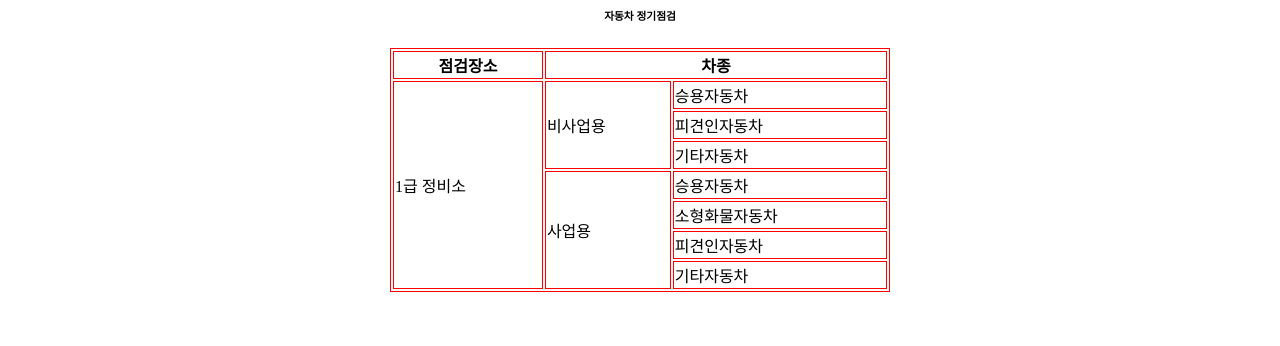
Repository: kisunssong/jsp
Page: http://localhost/test/tabletest.jsp
An editor plug-in stored every save of this project. The page is shown before and after the next save, followed by the edit.
The browser window is 1280 px wide. The pictures show the whole page.
The page is served by Tomcat 9.

Above is the page before, as saved 2020-11-01 12:26:10.

### test/WebContent/tabletest.jsp
<%@ page language="java" contentType="text/html; charset=EUC-KR"
    pageEncoding="EUC-KR"%>
<html>
<head><title>테이블 생성 기초</title></head>
<body>
<div align="center">
<h6>자동차 정기점검</h6>
<table border="1" bordercolor="red" width="500">
	<thead>
		<tr>
			<th bordercolor="red">점검장소</th><th colspan="2" bordercolor="red">차종</th>
		</tr>
	</thead>
	<tbody>
		<tr>
			<td rowspan="7" bordercolor="red">1급 정비소</td>
			<td rowspan="3" bordercolor="red">비사업용</td>
			<td bordercolor="red">승용자동차</td>
		</tr>
		<tr>
			<td bordercolor="red">피견인자동차</td>
		</tr>
		<tr>
			<td bordercolor="red">기타자동차</td>
		</tr>
		<tr>
			<td rowspan="4" bordercolor="red">사업용</td>
			<td bordercolor="red">승용자동차</td>
		</tr>
		<tr>
			<td bordercolor="red">소형화물자동차</td>
		</tr>
		<tr>
			<td bordercolor="red">피견인자동차</td>
		</tr>
		<tr>
			<td bordercolor="red">기타자동차</td>
		</tr>
	</tbody>
</table>
</div>
</body>
</html>

After the next save:
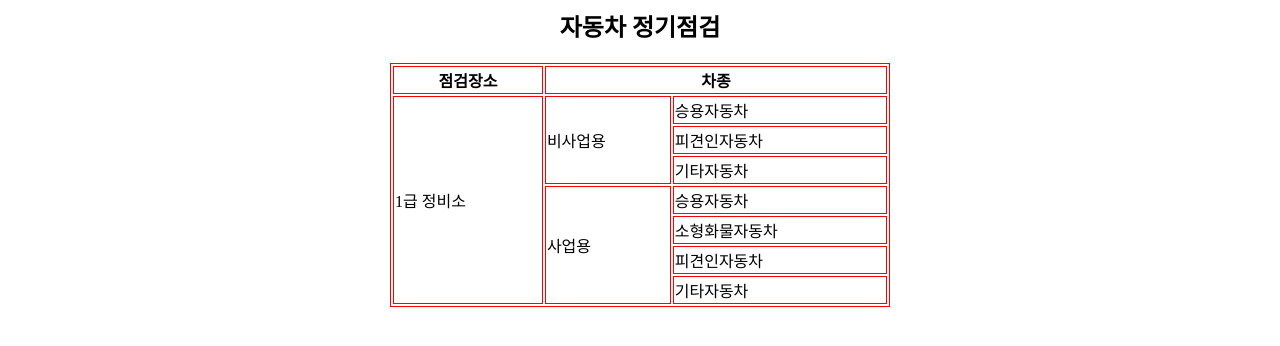
Saved 9 s later.
--- a/test/WebContent/tabletest.jsp
+++ b/test/WebContent/tabletest.jsp
@@ -4,7 +4,7 @@
 <head><title>테이블 생성 기초</title></head>
 <body>
 <div align="center">
-<h6>자동차 정기점검</h6>
+<h2>자동차 정기점검</h2>
 <table border="1" bordercolor="red" width="500">
 	<thead>
 		<tr>
